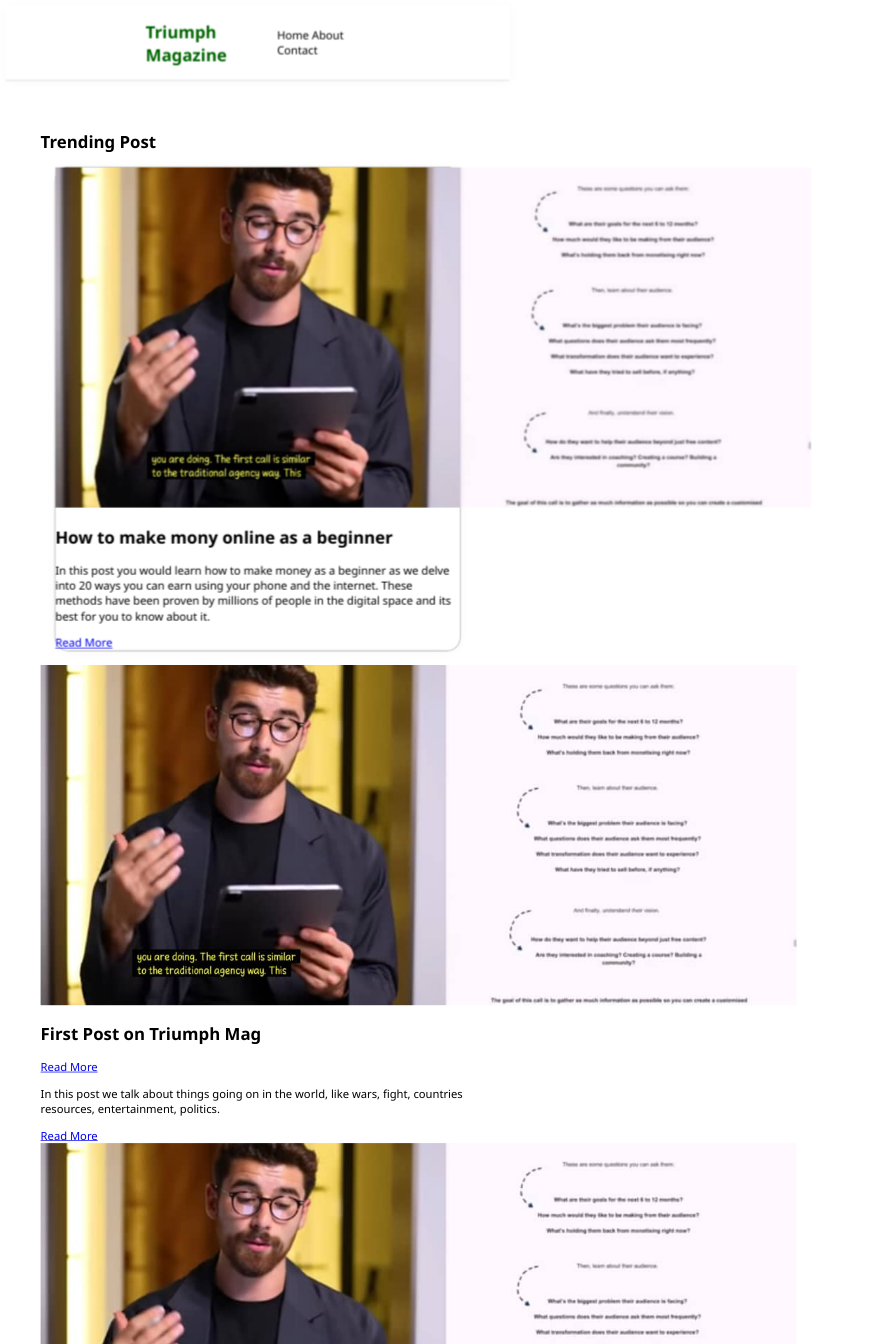
Repository: zikcolle/Triumph-Blog
Page: index.html
An editor plug-in stored every save of this project. The page is shown before and after a run of saves, followed by the edit.
The browser window is 1280 px wide. The pictures show the part of the page from y = 0 to 1920 px (the page is 5674 px tall before and 5465 px after), at 70% of full size.

Above is the page before, as saved 2026-06-21 14:33:20.

After the next 2 saves:
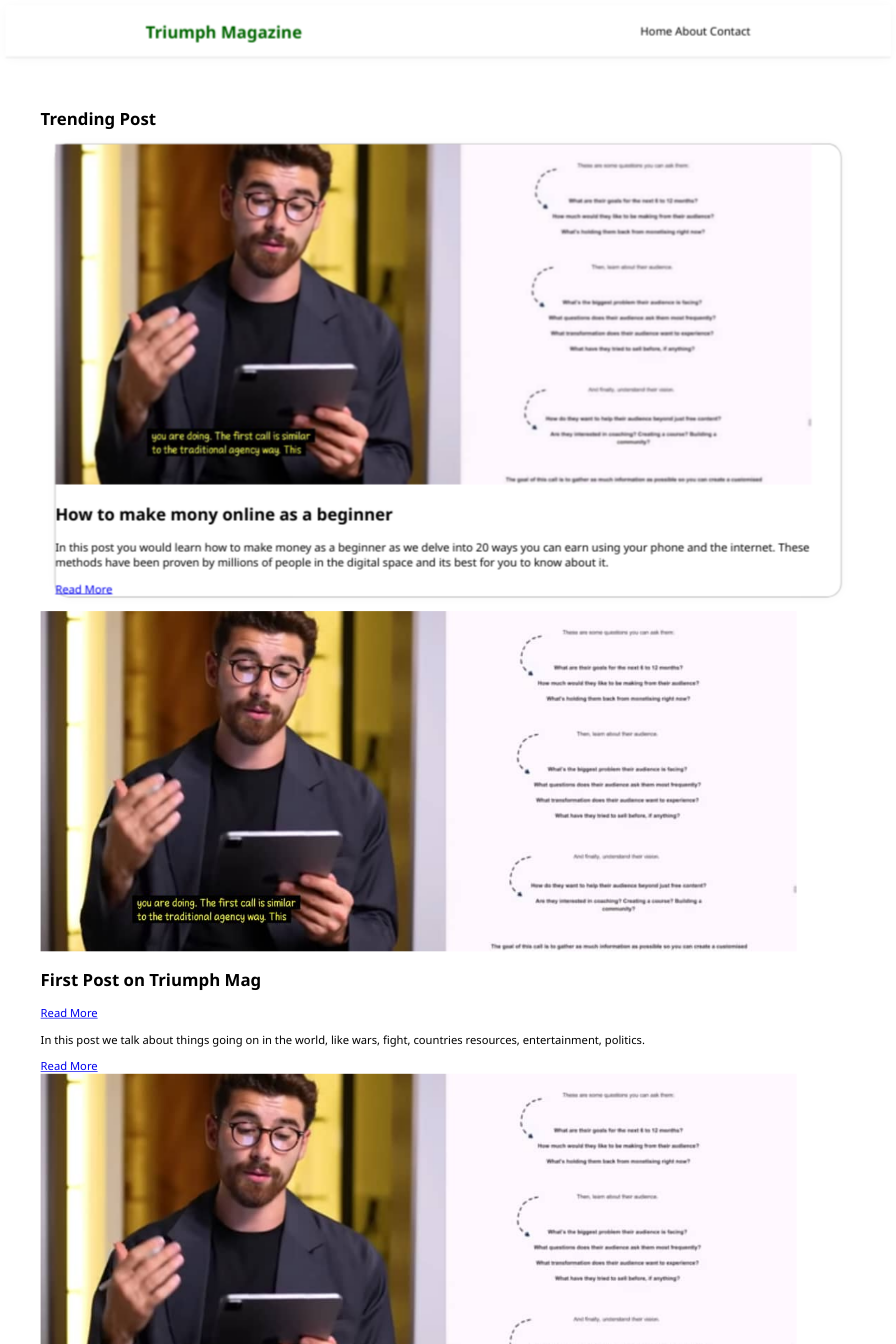
The 2 saves are shown as one change because they came seconds apart.
The last was saved 17 s later.
--- a/styles.css
+++ b/styles.css
@@ -2,7 +2,7 @@ body {
     background-color: rgb(255, 255, 255);
     color: rgb(0, 0, 0);
     font-family:'Segoe UI', Tahoma, Geneva, Verdana, sans-serif;
-    max-width: 100vh;
+    max-width: 1200vh;
 }
 
 header {
